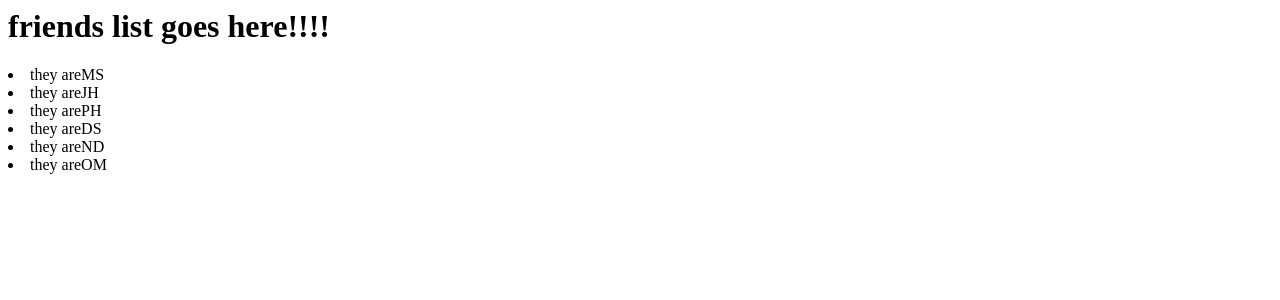
Repository: itsSYBruce/RuleVRacing-RESTful
Page: http://localhost/friends
The author's editor kept a record of every edit. The page is drawn from the files as they stood at one moment, then again after the next edit.
The browser window is 1280 px wide. The pictures show the whole page.
The page is served by the project's Node server (MoreExpress/PostRequestDemo/app.js).

Above is the page before.

After the next edit:
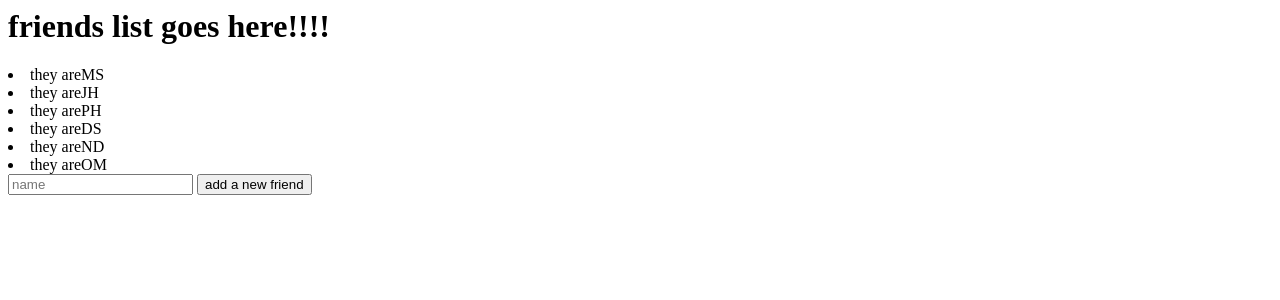
The edit:
--- a/MoreExpress/PostRequestDemo/views/friends.ejs
+++ b/MoreExpress/PostRequestDemo/views/friends.ejs
@@ -3,3 +3,9 @@
 <% friends.forEach(function(fr) { %>
     <li><%= "they are" + fr %></li>
 <% }); %>
+
+
+<form action = "/addfriend" method = "POST">
+    <input type = "text" name = "newFriend" placeholder = "name">
+    <button>add a new friend</button>
+</form>
